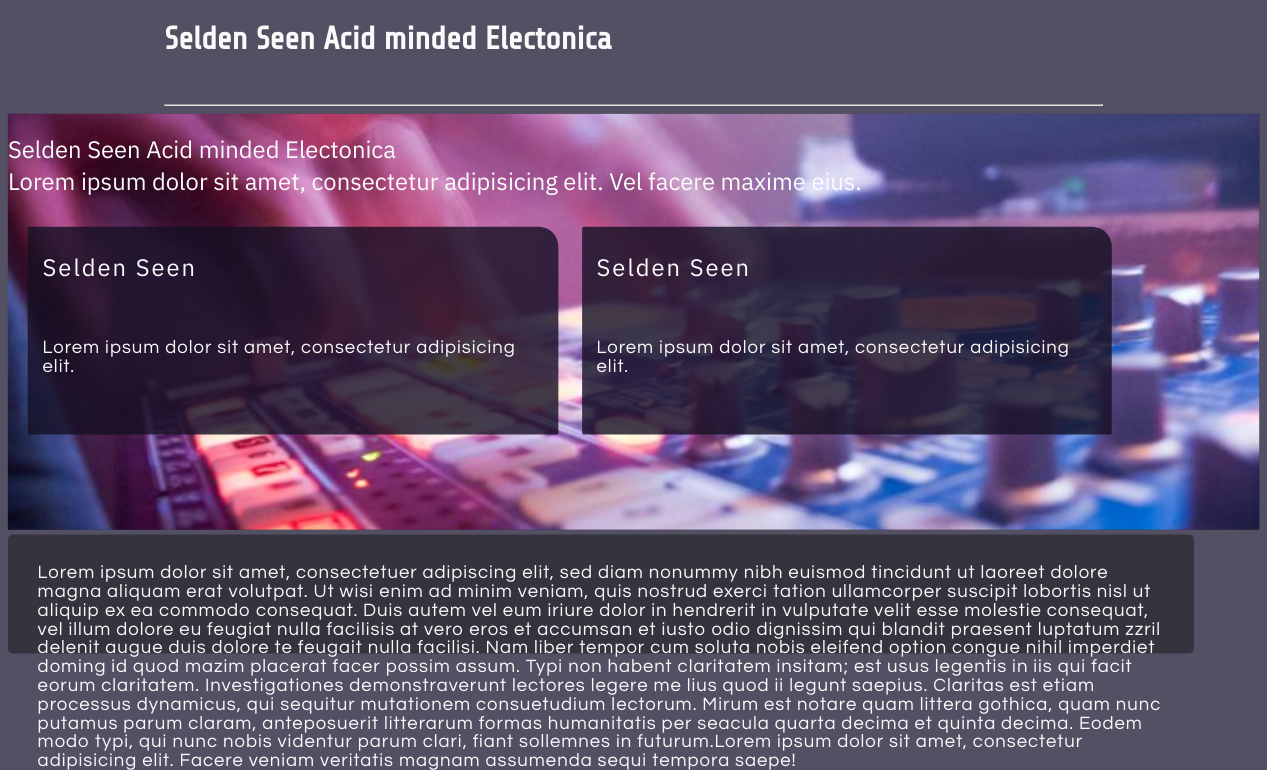
Repository: josvelema/milestone
Page: index.html
The author's editor kept a record of every edit. The page is drawn from the files as they stood at one moment, then again after the next edit.
The browser window is 1280 px wide. The pictures show the whole page, at 99% of full size.
Backgrounds fixed to the window are drawn as part of the page.

Above is the page before.

After the next edit:
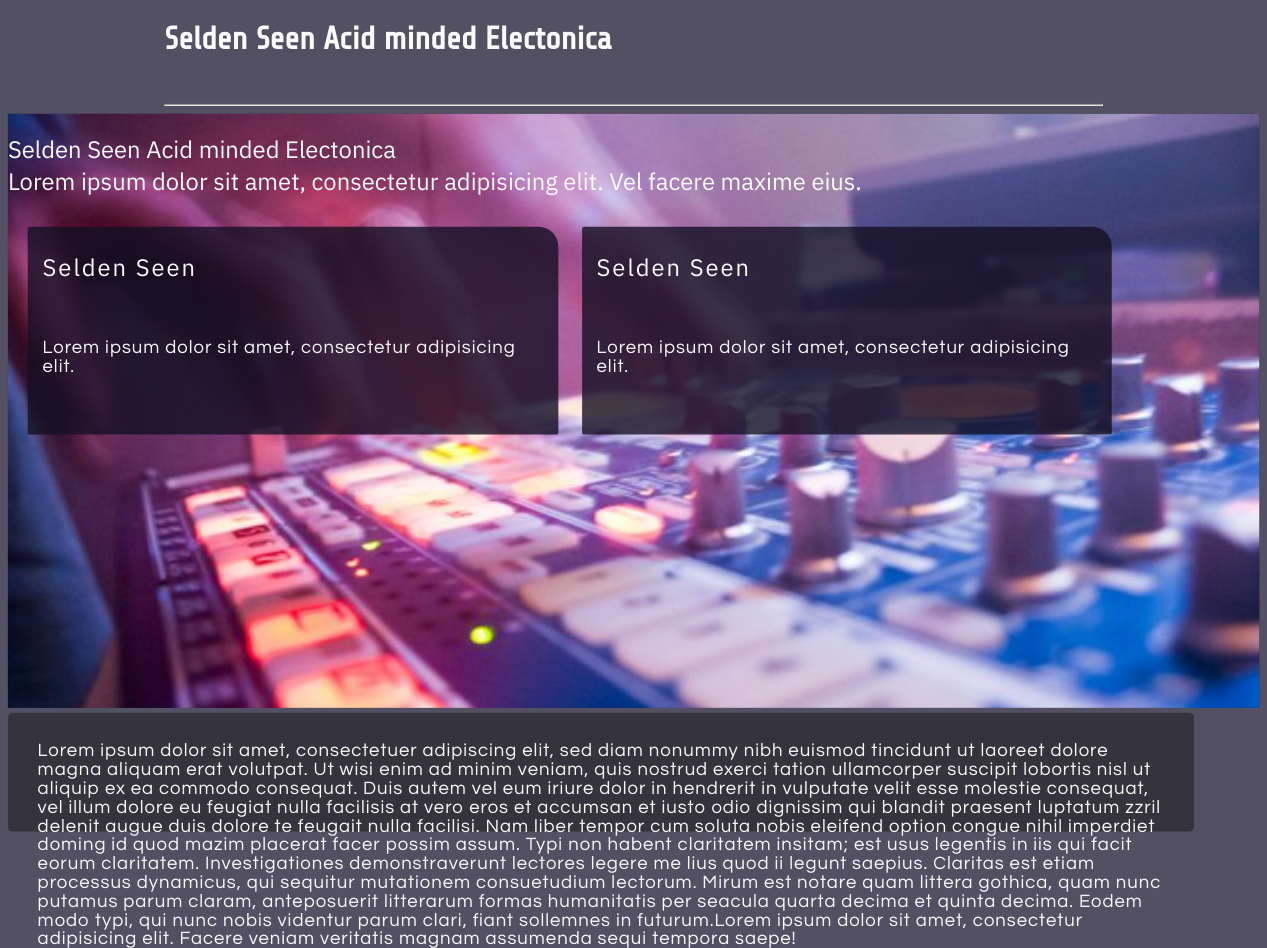
The edit:
--- a/CSS/style.css
+++ b/CSS/style.css
@@ -33,8 +33,9 @@
     background-position: relative;
     background-repeat: no-repeat;
     background-size: cover;
-    min-height: 420px;
-    transition: all 5s ease-in-out;
+    background-origin: border-box;
+    min-height: 600px;
+    transition: height 5s ease-in-out;
     -moz-transition: all 5s ;
     -webkit-transition: all 5s ease-in-out;
     background-color: rgba(0, 0, 0, 0.5);
